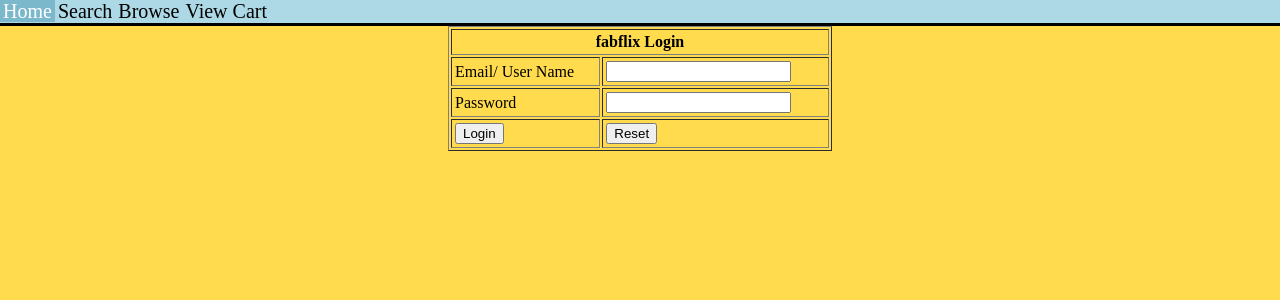
Repository: AndrewHarryKim/cs122B
Page: http://localhost/fabflix/
An editor plug-in stored every save of this project. The page is shown before and after the next save, followed by the edit.
The browser window is 1280 px wide. The pictures show the whole page.
The page is served by Tomcat 9. Other server files are loaded and not shown.

Above is the page before, as saved 2016-04-30 02:51:15.

### Site3/fabflix/WebContent/WEB-INF/login.jsp
<%@include file="site-header.jsp" %>
<%@page import="fabflix.Global" %>
<%@page contentType="text/html" pageEncoding="UTF-8"%>
<!DOCTYPE html>
<html>
    <head>
	<link rel="stylesheet" type="text/css" href="css/styles.css">
        <meta http-equiv="Content-Type" content="text/html; charset=UTF-8">
        <title>JSP Example</title>
    </head>
    <body>
        <form method="post" action=<%=request.getContextPath() + Global.loginPath+""%>> <!-- login servlet handles authentication  -->
            <table class="loginTable" border="1" width="30%" cellpadding="3">
                <thead>
                    <tr>
                        <th colspan="2">fabflix Login</th>
                    </tr>
                </thead>
                <tbody>
                    <tr>
                        <td>Email/ User Name</td>
                        <td><input type="text" name="email" value="" /></td>
                    </tr>
                    <tr>
                        <td>Password</td>
                        <td><input type="password" name="password" value="" /></td>
                    </tr>
                    <tr>
                        <td><input type="submit" value="Login" /></td>
                        <td><input type="reset" value="Reset" /></td>
                    </tr>

                    <!--
                    <tr>
                        <td colspan="2">Yet Not Registered!! <a href="reg.jsp">Register Here</a></td>
                    </tr>
                    -->
                </tbody>

            </table>
            <%
                if (request.getParameter("message") == null) {
                    //out.println("");
                }
                else {
                    out.println("<div>"+request.getParameter("message")+"</div>");
                }
            %>
        </form>
    </body>
</html>

### Site3/fabflix/WebContent/WEB-INF/site-header.jsp
<header class="siteHeader">
	<nav class="navbar">
		<ul class="navlist">
			<li><a href="<%=request.getContextPath()%>/Main">Home</a></li>
			<li><a href="<%=request.getContextPath()%>/search">Search</a></li>
			<li><a href="<%=request.getContextPath()%>/Browse">Browse</a></li>
			<li><a href="<%=request.getContextPath()%>/Cart">View Cart</a></li>
		</ul>
	</nav>
</header>

### Site3/fabflix/src/fabflix/Login.java
package fabflix;

import java.io.IOException;

import javax.servlet.RequestDispatcher;
import javax.servlet.ServletException;
import javax.servlet.annotation.WebServlet;
import javax.servlet.http.HttpServlet;
import javax.servlet.http.HttpServletRequest;
import javax.servlet.http.HttpServletResponse;
import javax.servlet.http.HttpSession;

import fabflix.Global;
import java.sql.*;


@WebServlet("/Login")
public class Login extends HttpServlet {
	private static final long serialVersionUID = 1L;

    public Login() {
        super();
    }


	protected void doGet(HttpServletRequest request, HttpServletResponse response) throws ServletException, IOException {
		HttpSession session = request.getSession();
        RequestDispatcher dispatcher = null;
        Connection con = null;

		String email = request.getParameter("email");
	    String pwd = request.getParameter("password");
	    try {
	    	if(  (email != null && !("".equals(email))) ||
	    			(pwd != null && !("".equals(pwd))))
	    	{
				Class.forName("com.mysql.jdbc.Driver");
			    con = DriverManager.getConnection("jdbc:mysql://localhost:3306/moviedb", Global.DB_USER, Global.DB_PASS);


			    String selectSQL = "select * from customers where email='" + email + "' and password='" + pwd + "'";
			    PreparedStatement preparedStatement = con.prepareStatement(selectSQL);


			    ResultSet rs = preparedStatement.executeQuery(selectSQL );
			    if (rs.next())
			    {

			        //(rs.getInt(1),rs.getString(2),rs.getString(3),rs.getString(4),rs.getString(5),rs.getString(6));
			        //User x= new User(rs);
			        /*
			        id:integer (primary key)
					first_name:varchar(50)
					last_name:varchar(50)
					cc_id:varchar(20), referencing creditcards.id
					address:varchar(200)
					email:varchar(50)
					password:varchar(20)
			        */
			        CartList cart = new CartList();
			        session.setAttribute("email",email);
			        session.setAttribute("id", rs.getInt(1));
			        session.setAttribute("first_name", rs.getString(2));
			        session.setAttribute("last_name", rs.getString(3));
			        session.setAttribute("cc_id", rs.getString(4));
			        session.setAttribute("address", rs.getString(5));
			        session.setAttribute("cart", cart);
			        //out.println("welcome " + email);
			        //out.println("<a href='logout.jsp'>Log out</a>");
					dispatcher = getServletContext().getRequestDispatcher(Global.homePagePath);
			        dispatcher.forward(request, response);
			    }
			    else
			    {
			        String redirectURL = Global.loginJSPPath + "?message=Invalid%20password%20or%20User%20Name%2E%20Try%20Again%2E";
					dispatcher = getServletContext().getRequestDispatcher(redirectURL);
			        dispatcher.forward(request, response);
			    }
	    	}
	    	else
	    	{
				dispatcher = getServletContext().getRequestDispatcher(Global.loginJSPPath);
		        dispatcher.forward(request, response);
	    	}
	    } catch (ClassNotFoundException | SQLException e) {
			// TODO Auto-generated catch block
			e.printStackTrace();
		}
	}

	/**
	 * @see HttpServlet#doPost(HttpServletRequest request, HttpServletResponse response)
	 */
	protected void doPost(HttpServletRequest request, HttpServletResponse response) throws ServletException, IOException {
		// TODO Auto-generated method stub
		doGet(request, response);
	}

}

### Site3/fabflix/src/fabflix/Global.java
package fabflix;

public class Global {
	public static String DB_USER= "root";
	public static String DB_PASS="pops711";
	public static String homePagePath="/Home";
	public static String loginPath="/Login";
	public static String loginJSPPath="/WEB-INF/login.jsp";
	public static String logoutPath="Logout";
	public static String browseGenre="Browse?by=genre";
	public static String browseTitle="Browse?by=title";


//	// This is the location of the Login Portal
//	// This is the location of the Login-Authentication
//	public static String authLoginPath="Login";
//	// This is the location of the Logout script
//	//This is the location of the HomePage
//	// This is the location of the Search Page
//	public static String searchPath="";
//	// This is the location of the General Browsing Page and the sub-pages
//	public static String browsePath="browse.jsp";
//	public static String browseGenreJSP="/WEB-INF/browse.jsp?by=genre";
//	public static String browseTitleJSP="/WEB-INF/browse.jsp?by=title";
//	// This is the location of the movie-list after you find one.
//	public static String movieListPath="MovieList";
//	// This is the Cart location.
//	public static String cartPath="Cart";
//	// This is the CheckOut location.
//	public static String checkoutPath="Checkout";
}

### Site3/fabflix/WebContent/css/styles.css
@CHARSET "ISO-8859-1";



body{
	background-color: #ffdb4d;
	margin: 0px;
}

.indent{
	margin-left: 3%;
}
.starInfoHeader{
	width: 10%;
	display: inline-block;
}
.starInfoDiv{
	height: 100%;
	width: 100%;
	vertical-align: middle;
}

.movieListHeader{
	border-bottom: solid 1px black;
}
.movieListHeader div{
	display: inline-block;
	border-right: 1px solid black;
	width: 10%;
	vertical-align: middle;
}

.movieRow{
	border-bottom: solid 1px black;
	margin-top: 15px;
	height: 60px;
}
.movieInfoDiv{
	display: inline-block;
	border-right: 1px solid black;
	height: 100%;
	width: 10%;
	vertical-align: middle;
}

div.movieName{
	width: 15%;
}
div.movieName:hover{
	color: white;
}
div.movieYear:hover{
	color: white;
}
div.movieStarList{
	width: 30%;
}
div.movieGenreList{
	width: 14%;
	border-right: none;
}


.navbar{
	background-color: lightblue;
	border-bottom: solid 3px black
}

.navlist{
	list-style-type: none;
    padding: 0px;
    margin: 0px;
}
.navlist li {
    display: inline-block;
    font-size: 20px;
    margin: 0px -4px 0px 0px;
}
.navlist li a {
    text-decoration: none;
    color: black;
    width:100%;
    height 100%;
    padding: 0px 3px 0px 3px;
}
.navlist li a:hover {
    color: white;
    background-color: #7BB8CC;
}



.searchContainer{
	background-color: lightblue;
	padding-right: 1.75%;
	padding-left: 1.75%;
	padding-top: 10px;
	height: 32px;
	width: 100%;
	margin-left: -1%;
}

.dbSearchBox {
	width: 89%;
	height: 16px;
}

.searchButton{
	width: 9%;
	height: 22px;
}

.loginTable{
	margin: 0px auto;
}

After the next save:
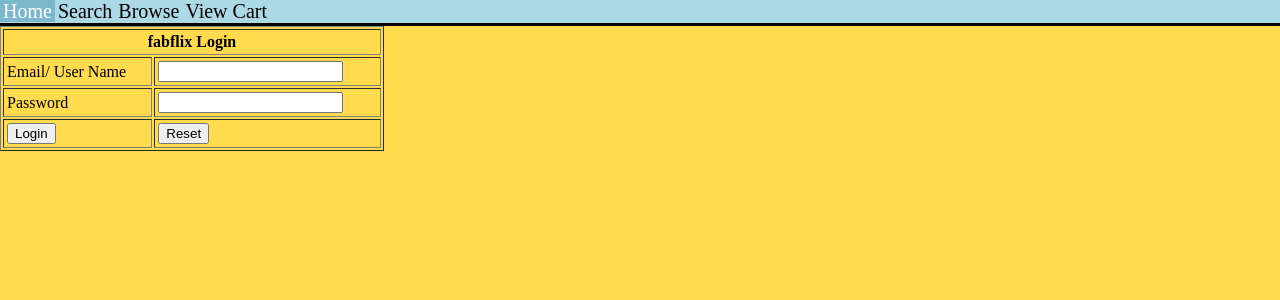
Saved 2 min 24 s later.
--- a/Site3/fabflix/WebContent/css/styles.css
+++ b/Site3/fabflix/WebContent/css/styles.css
@@ -110,6 +110,6 @@ div.movieGenreList{
 	height: 22px;
 }
 
-.loginTable{
+.center{
 	margin: 0px auto;
 }

After the save that followed:
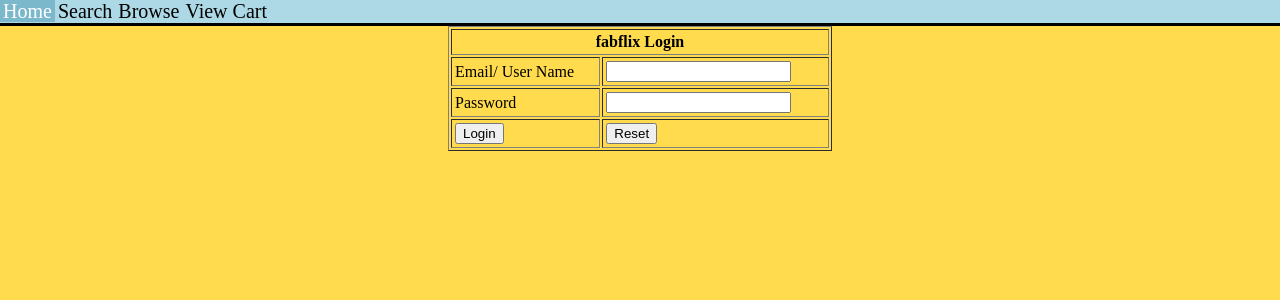
Saved 43 s later.
--- a/Site3/fabflix/WebContent/WEB-INF/login.jsp
+++ b/Site3/fabflix/WebContent/WEB-INF/login.jsp
@@ -10,7 +10,7 @@
     </head>
     <body>
         <form method="post" action=<%=request.getContextPath() + Global.loginPath+""%>> <!-- login servlet handles authentication  -->
-            <table class="loginTable" border="1" width="30%" cellpadding="3">
+            <table class="center" border="1" width="30%" cellpadding="3">
                 <thead>
                     <tr>
                         <th colspan="2">fabflix Login</th>
@@ -43,7 +43,7 @@
                     //out.println("");
                 }
                 else {
-                    out.println("<div>"+request.getParameter("message")+"</div>");
+                    out.println("<div class='center'>"+request.getParameter("message")+"</div>");
                 }
             %>
         </form>
